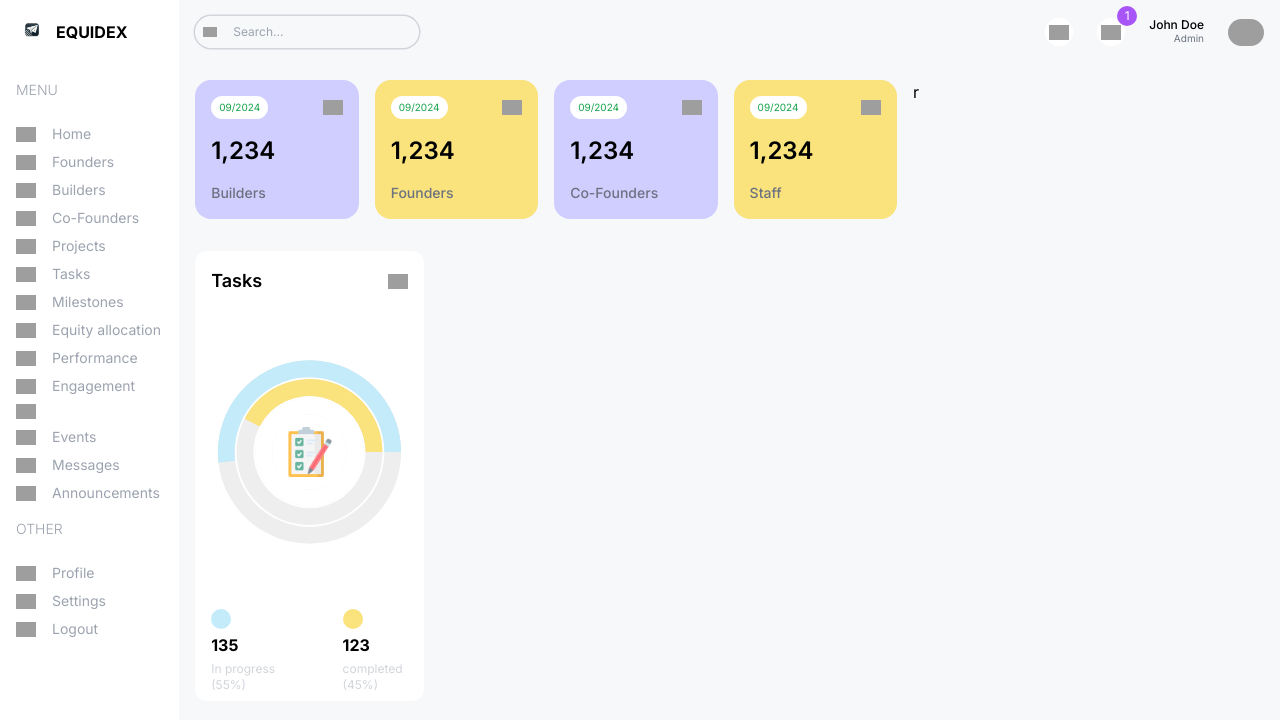
Repository: MikeeBuilds/equidex
Page: /admin
An editor plug-in stored every save of this project. The page is shown before and after the next save, followed by the edit.
The browser window is 1280 px wide. The pictures show the whole page.
Pictures or frames that could not be fetched are drawn as grey boxes. An inner scrolling area shows only its first screen. The project was rebuilt for these pictures with package versions that can differ from the ones it lists, and the page was loaded fresh each time. The framework's server and built-in components were replaced by stand-ins that run in the browser. Also part of the build but not shown: next.config.mjs.

Above is the page before, as saved 2024-09-24 19:21:28.

### src/app/layout.tsx
import type { Metadata } from "next";
import { Inter } from "next/font/google";
import "./globals.css";

const inter = Inter({ subsets: ["latin"] });

export const metadata: Metadata = {
  title: "Equidex",
  description: "Link with builders & share workload for sweat equity",
};

export default function RootLayout({
  children,
}: Readonly<{
  children: React.ReactNode;
}>) {
  return (
    <html lang="en">
      <body className={inter.className}>

        {children}
      </body>
    </html>
  );
}

### src/app/(dashboard)/layout.tsx
import Menu from "@/components/Menu";
import Navbar from "@/components/Navbar";
import Image from "next/image";
import Link from "next/link";

export default function DashboardLayout({
  children,
}: Readonly<{
  children: React.ReactNode;
}>) {
  return (
    <div className="h-screen flex">
      {/* LEFT */}
      <div className="w-[14%] md:w-[8%] lg:w-[16%] xl:w-[14%] p-4">
        <Link
          href="/"
          className="flex items-center justify-center lg:justify-start gap-2"
        >
          <Image src="/logo.png" alt="logo" width={32} height={32} />
          <span className="hidden lg:block font-bold">EQUIDEX</span>
        </Link>
        <Menu />
      </div>
      {/* RIGHT */}
      <div className="w-[86%] md:w-[92%] lg:w-[84%] xl:w-[86%] bg-[#F7F8FA] overflow-scroll flex flex-col">
        <Navbar />
        {children}
      </div>
    </div>
  );
}

### src/app/(dashboard)/admin/page.tsx
import CountChart from "@/components/CountChart";
import UserCard from "@/components/UserCard";
import React from "react";

const AdminPage = () => {
  return (
    <div className="p-4 flex gap-4 flex-col md:flex-row">
      {/* LEFT */}
      <div className="w-full lg:w-2/3 flex flex-col gap-8">
        {/* USER CARD */}
        <div className="flex gap-4 justify-between flex-wrap">
          <UserCard type="Builders" />
          <UserCard type="Founders" />
          <UserCard type="Co-Founders" />
          <UserCard type="Staff" />
        </div>
        {/* MIDDLE CHART */}
        <div className="flex gap-4 flex-col lg:flex-row">
          {/* COUNT CHART*/}
          <div className="w-full lg:w-1/3 h-[450px]">
          <CountChart/>
          </div>
          {/* ATTENDANCE CHART */}
          <div className="w-full lg:w-2/3 h-[450px]"></div>
        </div>
        {/* BOTTOM CHART */}
        <div className="">w</div>
      </div>
      {/* RIGHT */}
      <div className="w-full lg:w-1/3">r</div>
    </div>
  );
};

export default AdminPage;

### src/components/Menu.tsx
import Image from "next/image";
import Link from "next/link";

const menuItems = [
  {
    title: "MENU",
    items: [
      {
        icon: "/home.png",
        label: "Home",
        href: "/",
        visible: ["admin", "founder", "builder", "cofounder"],
      },
      {
        icon: "/teacher.png",
        label: "Founders",
        href: "/list/founders",
        visible: ["admin", "founder"],
      },
      {
        icon: "/student.png",
        label: "Builders",
        href: "/list/builders",
        visible: ["admin", "founder"],
      },
      {
        icon: "/parent.png",
        label: "Co-Founders",
        href: "/list/cofounder",
        visible: ["admin", "founder"],
      },
      {
        icon: "/subject.png",
        label: "Projects",
        href: "/list/projects",
        visible: ["admin", "founder", "builder", "cofounder"],
      },
      {
        icon: "/class.png",
        label: "Tasks",
        href: "/list/tasks",
        visible: ["admin", "founder", "builder", "cofounder"],
      },
      {
        icon: "/lesson.png",
        label: "Milestones",
        href: "/list/milestones",
        visible: ["admin", "founder", "cofounder"],
      },
      {
        icon: "/exam.png",
        label: "Equity allocation",
        href: "/list/equity-allocation",
        visible: ["admin", "founder",],
      },
      {
        icon: "/assignment.png",
        label: "Performance",
        href: "/list/performance",
        visible: ["admin", "founder", "cofounder"],
      },
      {
        icon: "/result.png",
        label: "Engagement",
        href: "/list/engagement",
        visible: ["admin", "founder", "builder", "cofounder"],
      },
      {
        icon: "/attendance.png",
        label: "",
        href: "/list/attendance",
        visible: ["admin", "founder", "builder", "cofounder"],
      },
      {
        icon: "/calendar.png",
        label: "Events",
        href: "/list/events",
        visible: ["admin", "founder", "builder", "cofounder"],
      },
      {
        icon: "/message.png",
        label: "Messages",
        href: "/list/messages",
        visible: ["admin", "teacher", "student", "parent"],
      },
      {
        icon: "/announcement.png",
        label: "Announcements",
        href: "/list/announcements",
        visible: ["admin", "teacher", "student", "parent"],
      },
    ],
  },
  {
    title: "OTHER",
    items: [
      {
        icon: "/profile.png",
        label: "Profile",
        href: "/profile",
        visible: ["admin", "teacher", "student", "parent"],
      },
      {
        icon: "/setting.png",
        label: "Settings",
        href: "/settings",
        visible: ["admin", "teacher", "student", "parent"],
      },
      {
        icon: "/logout.png",
        label: "Logout",
        href: "/logout",
        visible: ["admin", "teacher", "student", "parent"],
      },
    ],
  },
];

const Menu = () => {
  return (
    <div className=" mt-4 text-sm">
      {menuItems.map(i=> (
        <div className="flex flex-col gap-2" key={i.title}>
          <span className="hidden lg:block text-gray-400 font-light my-4">{i.title}</span>
          {i.items.map(item => (
            <Link className="flex items-center justify-center lg:justify-start gap-4 text-gray-400 hover:text-black" href={item.href} key={item.label}>
              <Image src={item.icon} alt="" width={20} height={20} />
              <span className="hidden lg:block">{item.label}</span>
            </Link>
          ))}
        </div>
      ))}
    </div>
  )
}

export default Menu;

### src/components/Navbar.tsx
import Image from "next/image";

const Navbar = () => {
  return (
    <div className="flex items-center justify-between p-4">
      {/* SEARCH BAR */}
      <div className="hidden md:flex items-center gap-2 text-xs rounded-full ring-[1.5px] ring-gray-300 px-2">
        <Image src="/search.png" alt="" width={14} height={14} />
        <input
          type="text"
          placeholder="Search..."
          className="w-[200px] p-2 bg-transparent outline-none"
        />
      </div>
      {/* ICONS AND USER */}
      <div className="flex items-center gap-6 justify-end w-full">
        <div className="bg-white rounded-full w-7 h-7 flex items-center justify-center cursor-pointer">
          <Image src="/message.png" alt="" width={20} height={20} />
        </div>
        <div className="bg-white rounded-full w-7 h-7 flex items-center justify-center cursor-pointer relative">
          <Image src="/announcement.png" alt="" width={20} height={20} />
          <div className="absolute -top-3 -right-3 w-5 h-5 flex items-center justify-center bg-purple-500 text-white rounded-full text-xs">
            1
          </div>
        </div>
        <div className="flex flex-col">
          <span className="text-xs leading-3 font-medium">John Doe</span>
          <span className="text-[10px] text-gray-500 text-right">Admin</span>
        </div>
        <Image
          src="/avatar.png"
          alt=""
          width={36}
          height={36}
          className="rounded-full"
        />
      </div>
    </div>
  );
};

export default Navbar;

### src/components/CountChart.tsx
"use client";
import Image from "next/image";
import {
  RadialBarChart,
  RadialBar,
  Legend,
  ResponsiveContainer,
} from "recharts";

const data = [
  {
    name: "Total",
    count: 106,
    fill: "white",
  },
  {
    name: "Completed",
    count: 45,
    fill: "#FAE27C",
  },
  {
    name: "In Progress",
    count: 55,
    fill: "#C3EBFA",
  },
];

const CountChart = () => {
  return (
    <div className="bg-white rounded-xl w-full h-full p-4">
      {/* TITLE */}
      <div className="flex justify-between items-center">
        <h1 className="text-lg font-semibold">Tasks</h1>
        <Image src="/moreDark.png" alt="" width={20} height={20} />
      </div>
      {/* CHART */}
      <div className="relative w-full h-[75%]">
        <ResponsiveContainer>
          <RadialBarChart
            cx="50%"
            cy="50%"
            innerRadius="40%"
            outerRadius="100%"
            barSize={32}
            data={data}
          >
            <RadialBar background dataKey="count" />
          </RadialBarChart>
        </ResponsiveContainer>
        <Image
          src="/clipboard.png"
          alt=""
          width={50}
          height={50}
          className="absolute top-1/2 left-1/2 -translate-x-1/2 -translate-y-1/2"
        />
      </div>
      {/* BOTTOM */}
      <div className="flex justify-center gap-16">
        <div className="flex flex-col gap-1">
          <div className="w-5 h-5 bg-dexSky rounded-full" />
          <h1 className="font-bold">135</h1>
          <h2 className="text-xs text-gray-300">In progress (55%)</h2>
        </div>
        <div className="flex flex-col gap-1">
          <div className="w-5 h-5 bg-dexYellow rounded-full" />
          <h1 className="font-bold">123</h1>
          <h2 className="text-xs text-gray-300"> completed (45%)</h2>
        </div>
      </div>
    </div>
  );
};

export default CountChart;

### src/components/UserCard.tsx
import Image from 'next/image'
import React from 'react'

const UserCard = ({type}:{type:string}) => {
  return (
    <div className='rounded-2xl odd:bg-dexPurple even:bg-dexYellow p-4 flex-1 min-w-[130px]'>
        <div className='flex justify-between items-center'>
            <span className='text-[10px] bg-white px-2 py-1 rounded-full text-green-600'>09/2024</span>
            <Image src="/more.png" alt='more' width={20} height={20} />
        </div>
        <h1 className='text-2xl font-semibold my-4'>1,234</h1>
        <h2 className='capitalize text-sm font-medium text-gray-500'>{type}</h2>
    </div>
  )
}

export default UserCard

### tailwind.config.ts
import type { Config } from "tailwindcss";

const config: Config = {
  content: [
    "./src/pages/**/*.{js,ts,jsx,tsx,mdx}",
    "./src/components/**/*.{js,ts,jsx,tsx,mdx}",
    "./src/app/**/*.{js,ts,jsx,tsx,mdx}",
  ],
  theme: {
    extend: {
      backgroundImage: {
        "gradient-radial": "radial-gradient(var(--tw-gradient-stops))",
        "gradient-conic":
          "conic-gradient(from 180deg at 50% 50%, var(--tw-gradient-stops))",
      },
      colors: {
        dexSky: "#C3EBFA",
        dexSkyLight: "#EDF9FD",
        dexPurple: "#CFCEFF",
        dexPurpleLight: "#F1F0FF",
        dexYellow: "#FAE27C",
        dexYellowLight: "#FEFCE8",
      },
    },
  },
  plugins: [],
};
export default config;

Loaded but not shown: src/app/globals.css (common file)

After the next save:
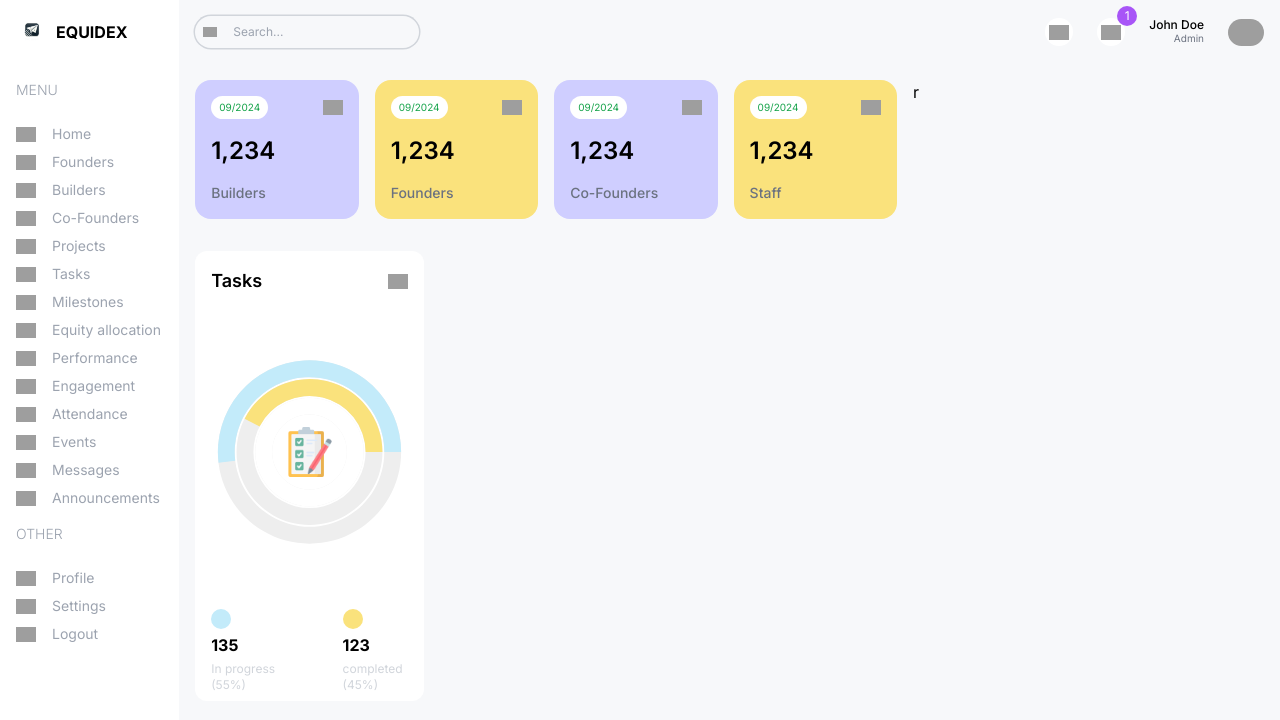
Saved 8 s later.
--- a/src/components/Menu.tsx
+++ b/src/components/Menu.tsx
@@ -67,7 +67,7 @@ const menuItems = [
       },
       {
         icon: "/attendance.png",
-        label: "",
+        label: "Attendance",
         href: "/list/attendance",
         visible: ["admin", "founder", "builder", "cofounder"],
       },
